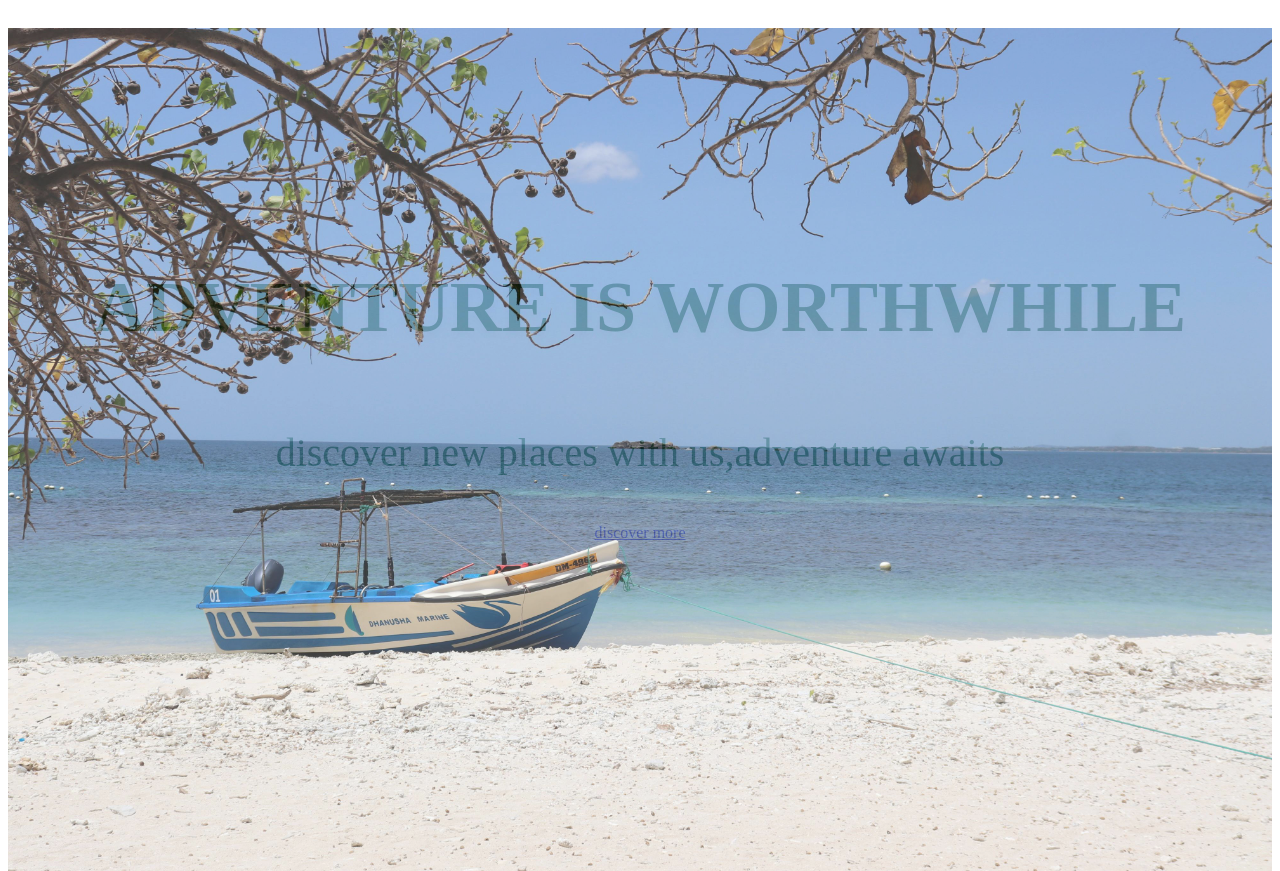
Repository: KasunInd27/Ceylon-Journey
Page: Home/home.html
These files come from the project's save history. The page is drawn as it stood at one moment and after the next save; the edit follows.
The browser window is 1280 px wide. The pictures show the whole page.

Above is the page before, as saved 2024-10-05 13:40:05.
Console error: SyntaxError: Unexpected token '<'

After the next save:
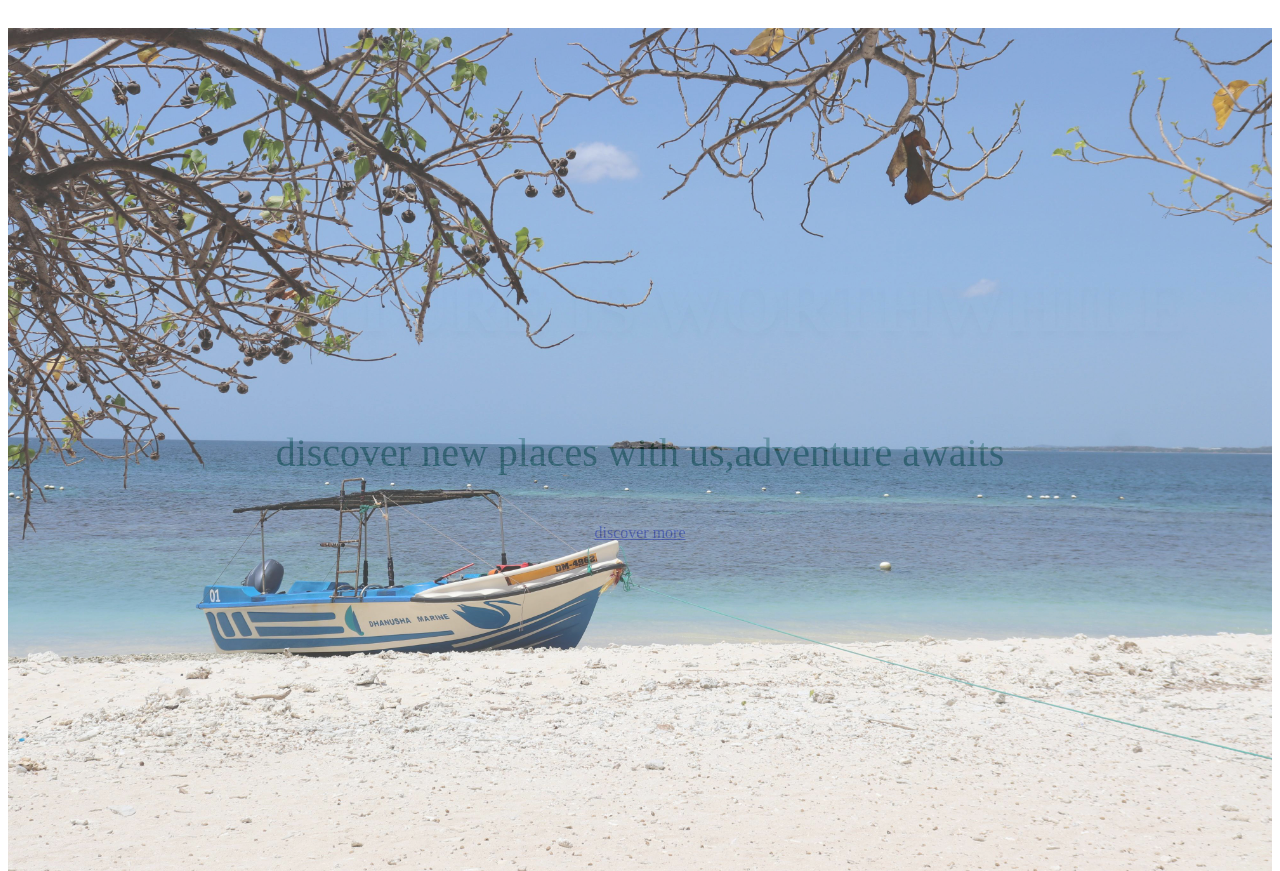
Saved 30 s later.
--- a/Home/CSS/home.css
+++ b/Home/CSS/home.css
@@ -47,14 +47,14 @@
 .home .content h3 {
     font-size: 4.5rem;
     /* Sets a large font size for the heading */
-    color: #014505;
+    color: #ffffff;
     /* White text color */
     text-transform: uppercase;
     /* Makes the text uppercase */
     text-shadow: 0 .3rem .5rem rgba(0, 0, 0, .1);
     /* Adds a soft shadow to the text */
 
-    opacity: 999;
+
 }
 
 .home .content p {
